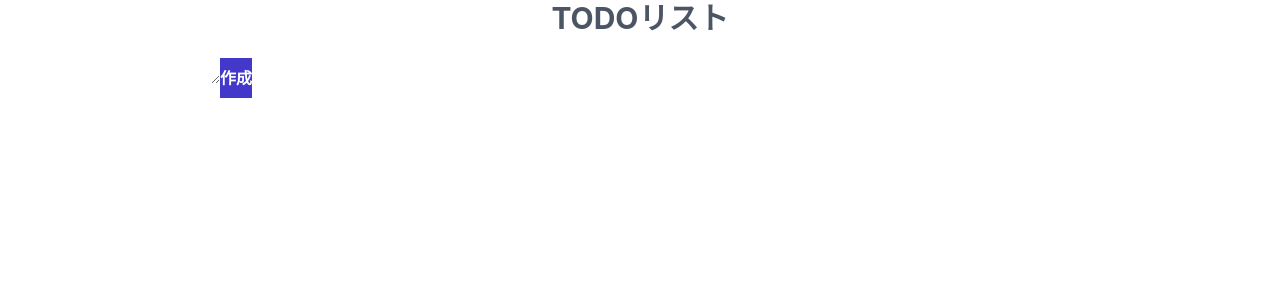
Repository: 1718wani/tsmemoapp
Page: /
The author's editor kept a copy of each file at every save. The page is drawn from the files as they stood at one save, then again after the next save.
The browser window is 1280 px wide. The pictures show the whole page.
The project was rebuilt for these pictures with package versions that can differ from the ones it lists, and the page was loaded fresh each time. Also part of the build but not shown: webpack.config.js, src/App.css.

Above is the page before, as saved 2023-06-10 20:04:22.

### src/index.tsx
import React from 'react';
import ReactDOM from 'react-dom/client';
import './index.css';
import App from './App';
import  "../src/input.css"

const root = ReactDOM.createRoot(
  document.getElementById('root') as HTMLElement
);
root.render(
  <React.StrictMode>
    <App />
  </React.StrictMode>
);

### src/App.tsx
import React, { FC, useState } from "react";
import "./App.css";
import { type } from "os";

function App() {
  const [inputValue, setInputValue] = useState("");
  const [notes, setNotes] = useState<Note[]>([]);
  const [imagePreview, setImagePreview] = useState<string | undefined>();

  type Note = {
    inputValue: string;
    id: number;
    checked: boolean;
    imageUrl?: string;
  };

  const handleChange = (e: React.ChangeEvent<HTMLTextAreaElement>) => {
    setInputValue(e.target.value);
  };

  const handleSubmit = (e: React.FormEvent<HTMLFormElement>) => {
    e.preventDefault();

    const newNote: Note = {
      inputValue: inputValue,
      id: notes.length,
      checked: false,
      imageUrl: imagePreview,
    };

    setNotes([newNote, ...notes]);
    setImagePreview(undefined);
    setInputValue("");
  };

  const handlePaste = (event: React.ClipboardEvent<HTMLTextAreaElement>) => {
    const items = event.clipboardData?.items;
    console.log(items);

    if (items) {
      for (let i = 0; i < items.length; i++) {
        const item = items[i];
        if (item.type.indexOf("image") !== -1) {
          console.log(item);
          const file = item.getAsFile();
          const blob = new Blob([file!], { type: file!.type });
          const imageUrl = URL.createObjectURL(blob);
          setImagePreview(imageUrl);
        }
      }
    }
  };

  return (
    <div>
      <div>
        <h2 className="font-bold text-center text-gray-600 text-3xl" >TODOリスト</h2>
        <form onSubmit={(e) => handleSubmit(e)}>
          <textarea
            value={inputValue}
            onPaste={handlePaste}
            onChange={(e) => handleChange(e)}
            className="inputText"
          />
          <input type="submit" value="作成" className="bg-indigo-700 font-semibold text-white py-2" />
        </form>
        <div>
          {imagePreview && <img src={imagePreview} alt="Pasted preview" />}
        </div>
        <ul>
          {notes.map((todo) => (
            <li key={todo.id}>{todo.inputValue}</li>
          ))}
        </ul>
      </div>
    </div>
  );
}

export default App;

Loaded but not shown: public/index.html (common file); src/index.css (common file); src/input.css (common file); tailwind.config.js (common file)

After the next save:
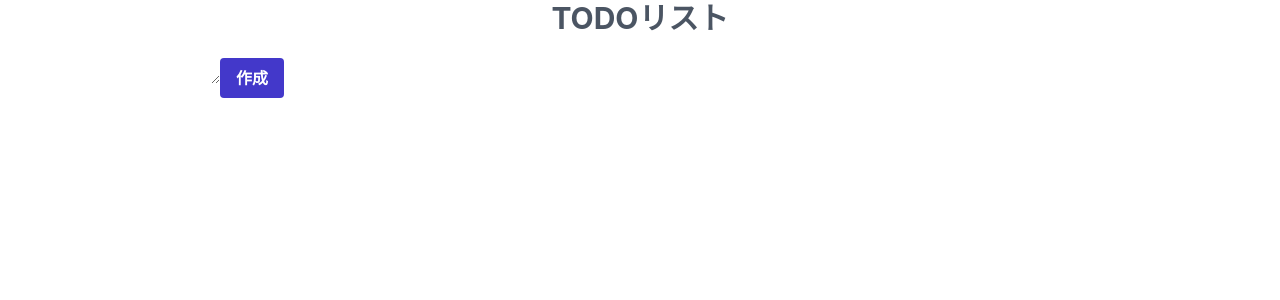
Saved 6 s later.
--- a/src/App.tsx
+++ b/src/App.tsx
@@ -62,7 +62,7 @@ function App() {
             onChange={(e) => handleChange(e)}
             className="inputText"
           />
-          <input type="submit" value="作成" className="bg-indigo-700 font-semibold text-white py-2" />
+          <input type="submit" value="作成" className="bg-indigo-700 font-semibold text-white py-2 px-4 rounded" />
         </form>
         <div>
           {imagePreview && <img src={imagePreview} alt="Pasted preview" />}
